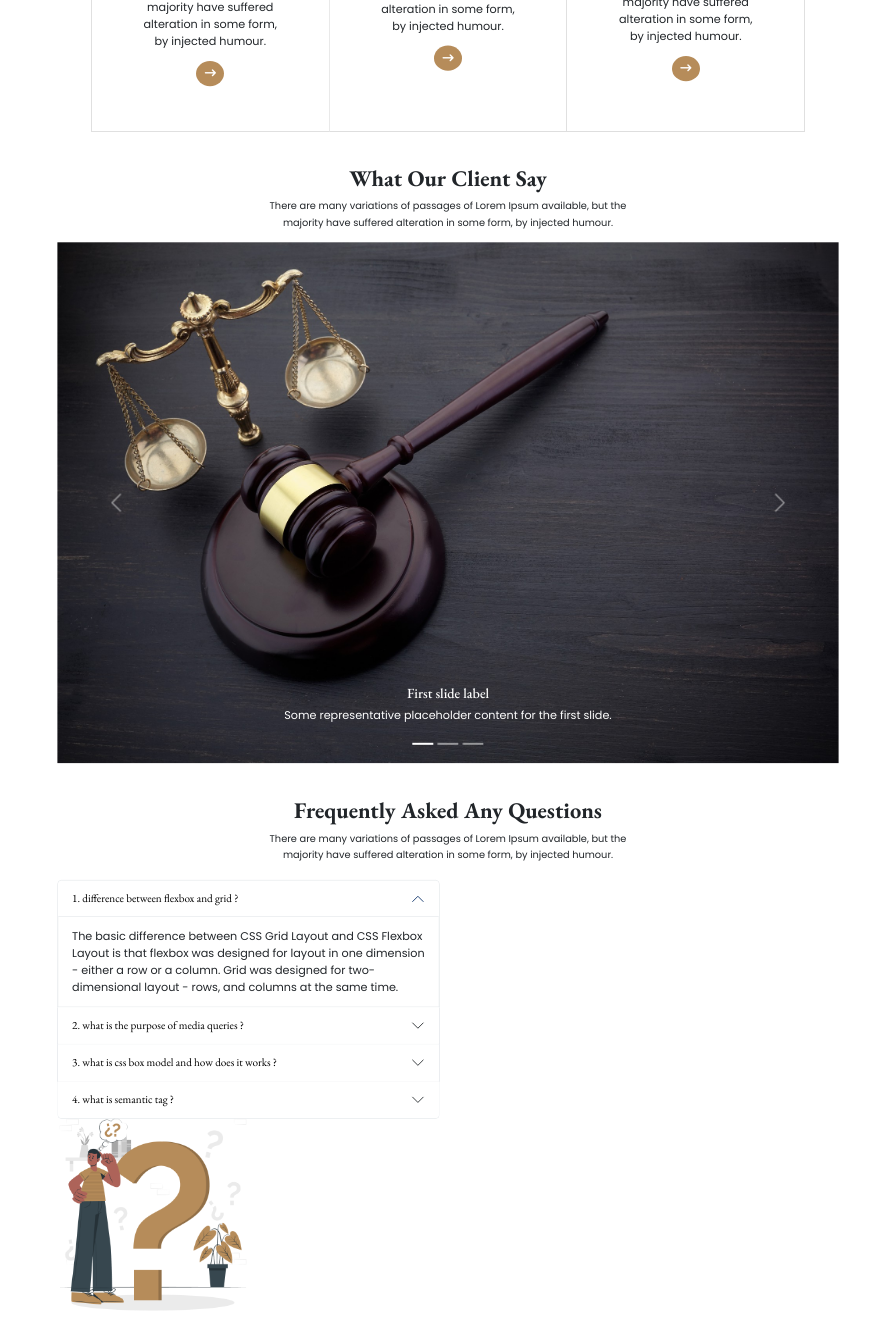
Repository: sadiaafsana138/justice
Page: index.html
The author's editor kept a copy of each file at every save. The page is drawn from the files as they stood at one save, then again after the next save.
The browser window is 1280 px wide. The pictures show the part of the page from y = 1643 to 3563 px (the page is 3563 px tall before and 3497 px after), at 70% of full size.
Some web libraries are served in a nearby version.

Above is the page before, as saved 2023-01-25 22:57:19.

After the next save:
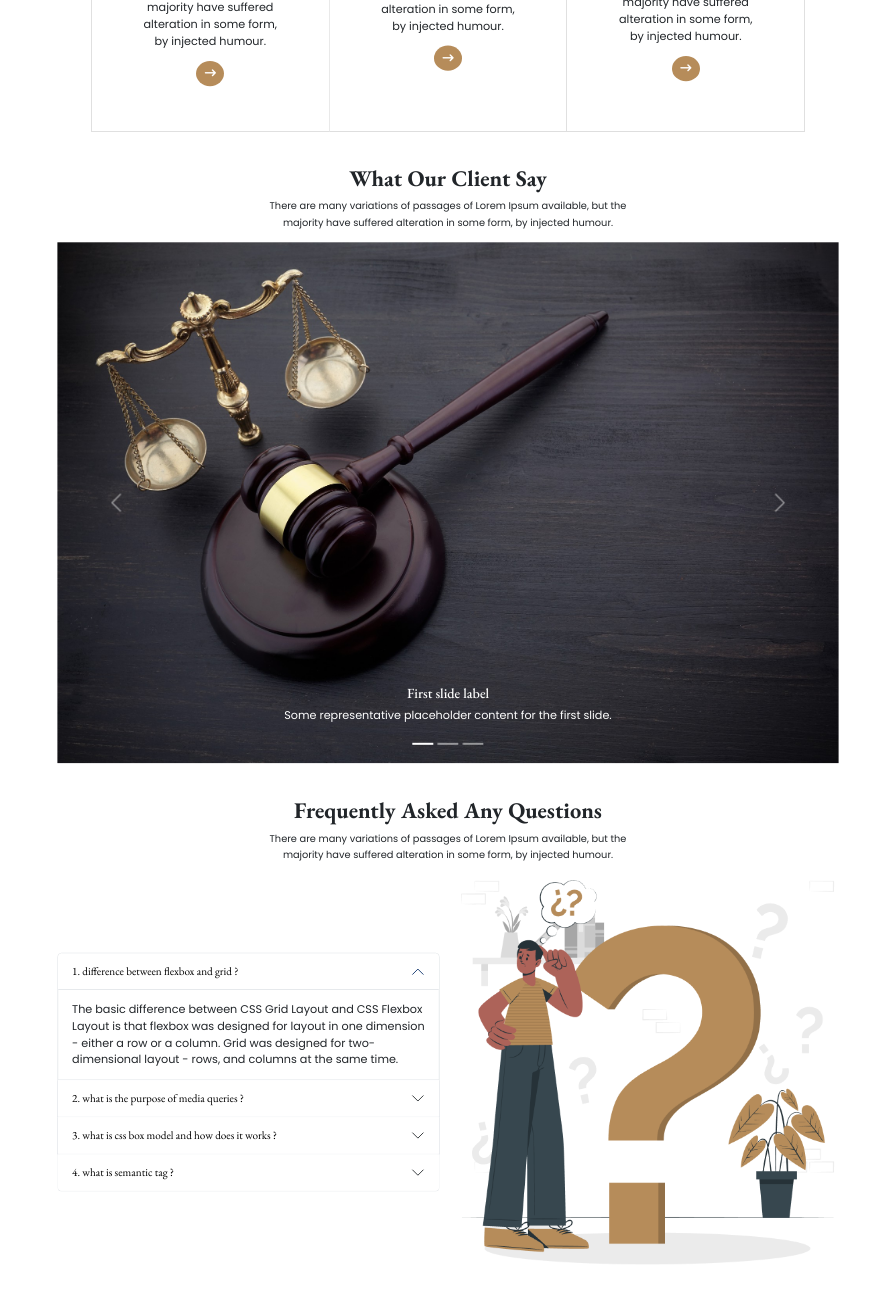
Saved 30 s later.
--- a/index.html
+++ b/index.html
@@ -397,7 +397,7 @@
                             <div id="panelsStayOpen-collapseFour" class="accordion-collapse collapse"
                                 aria-labelledby="panelsStayOpen-headingFour">
                                 <div class="accordion-body">
-                                    Semantic HTML tags are tags that define the meaning of the content they contain. For example, tags like <header>, <article>, and <footer> are semantic HTML tags. They clearly indicate the role of the content they contain. On the other hand, tags like<div> and <span> are typical examples of non-semantic HTML elements.
+                                    Semantic HTML tags are tags that define the meaning of the content they contain. For example, tags like <.header.>, <.article.>, and <.footer.> are semantic HTML tags. They clearly indicate the role of the content they contain. On the other hand, tags like<.div.> and <.span.> are typical examples of non-semantic HTML elements.
                                 </div>
                             </div>
                         </div>
